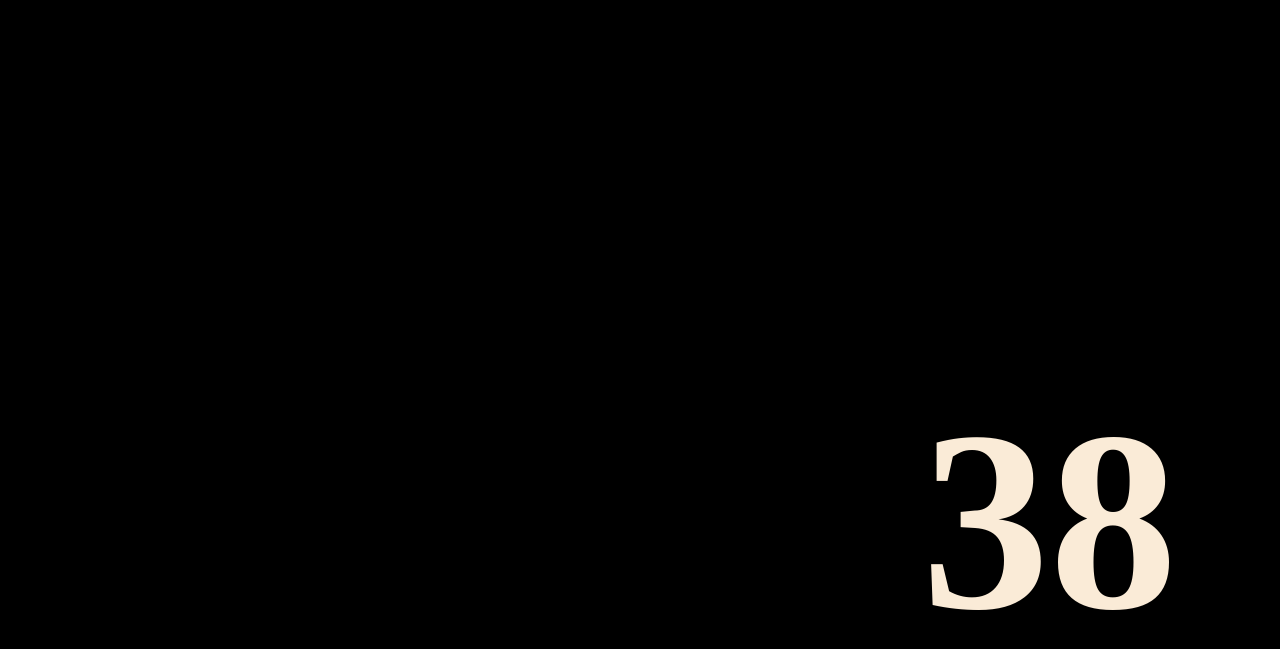
Repository: GG1627/3d-portfolio
Page: /
The author's editor kept a copy of each file at every save. The page is drawn from the files as they stood at one save, then again after the next save.
The browser window is 1280 px wide. The pictures show the whole page.
The project was rebuilt for these pictures with package versions that can differ from the ones it lists, and the page was loaded fresh each time. Also part of the build but not shown: vite.config.ts.

Above is the page before, as saved 2025-01-05 16:32:08.

### src/main.tsx
import { StrictMode } from "react";
import { createRoot } from "react-dom/client";
import "./index.css";
import App from "./App.tsx";
import WelcomeScreen from "./WelcomeScreen.tsx";

createRoot(document.getElementById("root")!).render(
  <StrictMode>
    {/* <App /> */}
    <WelcomeScreen />
  </StrictMode>
);

### src/index.css
html,
body {
  margin: 0;
  padding: 0;
  height: 100vh;
  width: 100vw;
  overflow: hidden; /* Prevent scrollbars */
  background-color: rgb(20, 20, 20);
}

### src/WelcomeScreen.tsx
import React, { useEffect, useState } from "react";
import gsap from "gsap";
import "./WelcomeScreen.css";

function WelcomeScreen() {
  const [counter, setCounter] = useState(0);
  const [isCounterFinished, setIsCounterFinished] = useState(false);

  useEffect(() => {
    // Use setInterval to control the speed of counter updates
    const interval = setInterval(() => {
      if (counter < 100) {
        const increment = Math.floor(Math.random() * 5) + 1; // Random increment between 1-5
        setCounter((prevCounter) => {
          const newValue = prevCounter + increment;
          if (newValue >= 100) {
            setIsCounterFinished(true);
            return 100;
          }
          return newValue;
        });
      } else {
        clearInterval(interval); // Clear interval when counter reaches 100
      }
    }, Math.floor(Math.random() * 400) + 300); // Random interval between 300ms and 800ms

    return () => clearInterval(interval); // Clean up the interval when the component unmounts
  }, [counter]);

  useEffect(() => {
    if (isCounterFinished) {
      setTimeout(() => {
        startAnimations();
      }, 500);
    }
  }, [isCounterFinished]);

  // Animation function triggered after counter reaches 100
  function startAnimations() {
    gsap.to(".counter", {
      duration: 0.3,
      opacity: 0,
    });

    gsap.to(".bar", {
      duration: 2.5,
      height: 0,
      stagger: { amount: 0.5 },
      ease: "power4.inOut",
    });
  }

  return (
    <div className="screen">
      <h1 className="counter">{counter}</h1>

      <div className="overlay">
        {[...Array(10)].map((_, i) => (
          <div className="bar" key={i}></div>
        ))}
      </div>

      <div className="container">
        <nav>
          <div>
            <a href="#">About</a>
            <a href="#">Contact</a>
          </div>
          <div>
            <a href="#">Playground</a>
          </div>
        </nav>
        <div className="header">
          {"fla.u.".split("").map((char, i) => (
            <div className="h1" key={i}>
              {char}
            </div>
          ))}
        </div>
      </div>
    </div>
  );
}

export default WelcomeScreen;

### src/WelcomeScreen.css
* {
  margin: 0;
  padding: 0;
  box-sizing: border-box;
}

.screen {
  width: 100vw;
  height: 100vh;
  overflow: hidden;
  background-color: rgb(0, 153, 255);
}

nav {
  position: fixed;
  top: 0;
  width: 100%;
  display: flex;
  justify-content: space-between;
  padding: 1rem;
}

nav div {
  display: flex;
  padding: 1rem;
  gap: 10em;
}

nav div a {
  text-decoration: none;
  color: #000;
  font-family: "Neue Montreal";
}

.header {
  width: 100%;
  display: flex;
  justify-content: space-between;
  padding: 2em;
}

.header .h1 {
  position: relative;
  font-family: "Carpenter";
  font-size: 32vw;
  color: #1a1a1a;
  line-height: 1.125;
}

.overlay {
  position: fixed;
  width: 100vw;
  height: 100vh;
  z-index: 2;
  display: flex;
}

.bar {
  width: 10vw;
  height: 100vh;
  background-color: black;
}

.counter {
  position: fixed;
  width: 100%;
  height: 100%;
  display: flex;
  justify-content: flex-end;
  align-items: flex-end;
  z-index: 1000;
  color: antiquewhite;
  padding: 0.2em 0.4em;
  font-size: 20vw;
}

Loaded but not shown: index.html (common file)

After the next save:
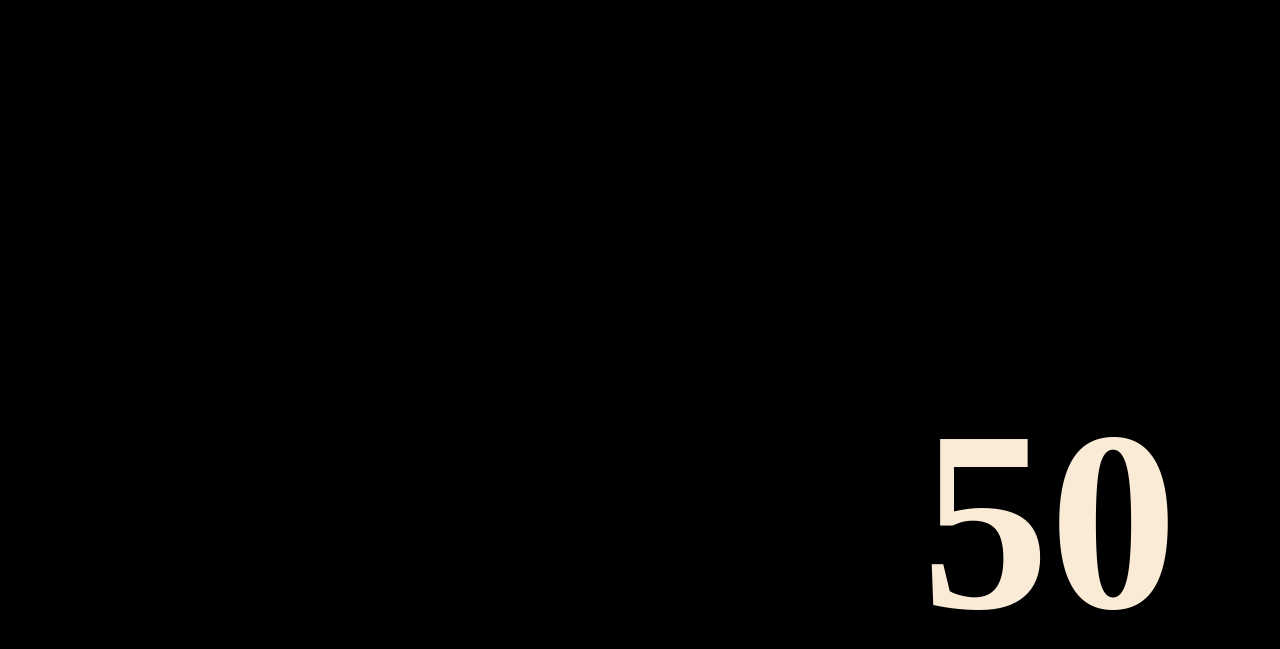
Saved 28 s later.
--- a/src/WelcomeScreen.tsx
+++ b/src/WelcomeScreen.tsx
@@ -10,7 +10,7 @@
     // Use setInterval to control the speed of counter updates
     const interval = setInterval(() => {
       if (counter < 100) {
-        const increment = Math.floor(Math.random() * 5) + 1; // Random increment between 1-5
+        const increment = Math.floor(Math.random() * 7) + 1; // Random increment between 1-5
         setCounter((prevCounter) => {
           const newValue = prevCounter + increment;
           if (newValue >= 100) {
